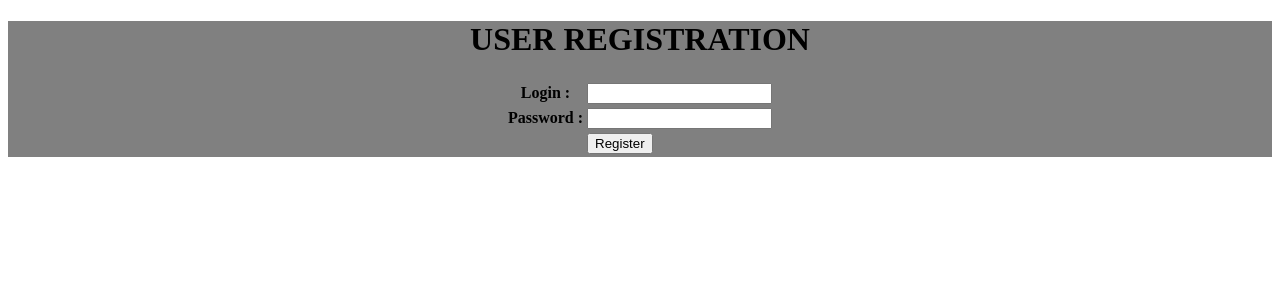
Repository: sachinmandloi1921/AdvanceJava
Page: http://localhost/Advance_Maven/loginview.jsp
An editor plug-in stored every save of this project. The page is shown before and after the next save, followed by the edit.
The browser window is 1280 px wide. The pictures show the whole page.
The page is served by Tomcat 9.

Above is the page before, as saved 2022-07-12 05:39:39.

After the next save:
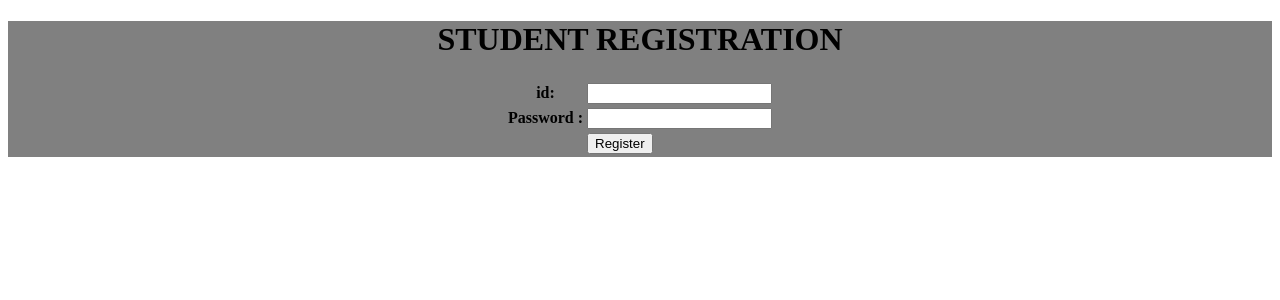
Saved 28 s later.
--- a/Advance Workspace/Advance_Maven/src/main/webapp/loginview.jsp
+++ b/Advance Workspace/Advance_Maven/src/main/webapp/loginview.jsp
@@ -11,11 +11,11 @@
 
 		<div align="center" style="background-color:gray;">
 
-			<h1>USER REGISTRATION</h1>
+			<h1>STUDENT REGISTRATION</h1>
 			<table>
 			<tr>
-					<th>Login :</th>
-					<td><input type="text" name="login"  ></td>
+					<th>id:</th>
+					<td><input type="text" name="id"  ></td>
 				</tr>
 				<tr>
 					<th>Password :</th>
